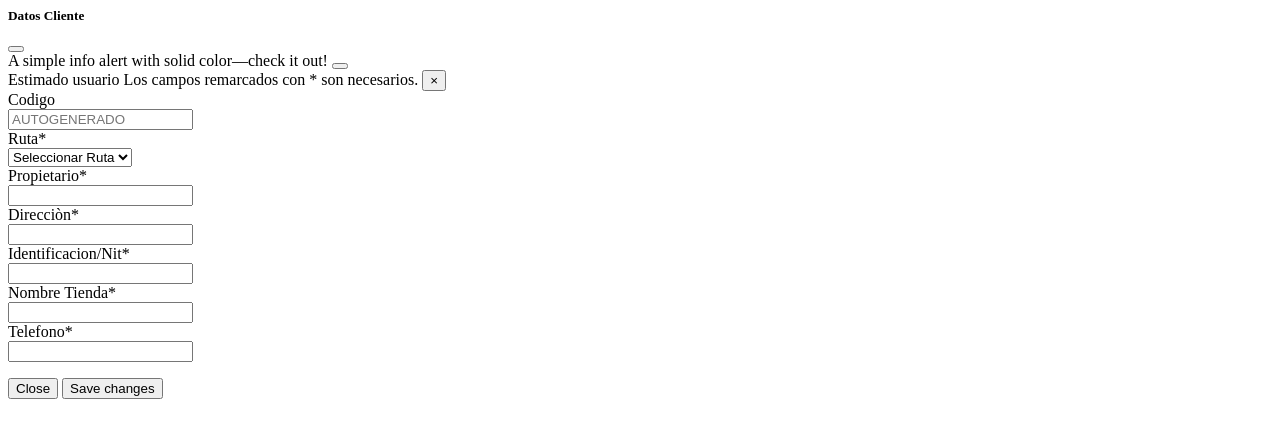
Repository: LucasVillegas/app-admin
Page: http://localhost/app-movil/resources/views/pages/includes/modal-cliente.php
An editor plug-in stored every save of this project. The page is shown before and after the next save, followed by the edit.
The browser window is 1280 px wide. The pictures show the whole page.
The page is run by PHP 8.4 with error messages shown; the project is at /var/www/html/.

Above is the page before, as saved 2022-06-13 15:03:51.

### resources/views/pages/includes/modal-cliente.php
<!-- Modal Dialog Scrollable -->
<!-- <button type="button" class="btn btn-primary" data-bs-toggle="modal" data-bs-target="#modalDialogScrollable">
    Modal Dialog Scrollable
</button> -->
<div class="modal fade" id="modalDialogScrollable" tabindex="-1">
    <div class="modal-dialog modal-dialog-scrollable">
        <div class="modal-content">
            <div class="modal-header">
                <h5 class="modal-title">Datos Cliente</h5>
                <button type="button" class="btn-close" data-bs-dismiss="modal" aria-label="Close"></button>
            </div>
            <div class="modal-body">
                <div class="col-xl-12 col-lg-12 col-md-12 col-sm-12 col-12">
                    <div class="alert alert-info bg-info border-0 alert-dismissible fade show" role="alert">
                        A simple info alert with solid color—check it out!
                        <button type="button" class="btn-close" data-bs-dismiss="alert" aria-label="Close"></button>
                    </div>
                    <div class="alert alert-info alert-styled-left text-blue-800 content-group mb-2">
                        <span class="text-semibold"><i class="fas fa-info-circle fa-2x"></i> Estimado
                            usuario</span>
                        Los campos remarcados con <span class="text-danger"> * </span> son necesarios.
                        <button type="button" class="close" data-dismiss="alert">×</button>
                    </div>
                </div>
                <!-- General Form Elements -->
                <form>
                    <div class="row mb-2">
                        <label for="inputText" class="col-sm-2 col-form-label">Codigo</label>
                        <div class="col-sm-10">
                            <input type="text" class="form-control" readonly id="codigo" name="codigo"
                                placeholder="AUTOGENERADO">
                        </div>
                    </div>
                    <div class="row mb-2">
                        <label for="inputEmail" class="col-sm-2 col-form-label">Ruta<span
                                class="badge badge-pill text-danger">*</span></label></label>
                        <div class="col-sm-10">
                            <select id="inputState" class="form-select">
                                <option selected>Seleccionar Ruta</option>
                                <option>...</option>
                            </select>
                        </div>
                    </div>
                    <div class="row mb-2">
                        <label for="inputPassword" class="col-sm-2 col-form-label">Propietario<span
                                class="badge badge-pill text-danger">*</span></label></label>
                        <div class="col-sm-10">
                            <input type="password" class="form-control">
                        </div>
                    </div>
                    <div class="row mb-2">
                        <label for="inputNumber" class="col-sm-2 col-form-label">Direcci&ograve;n<span
                                class="badge badge-pill text-danger">*</span></label></label>
                        <div class="col-sm-10">
                            <input type="number" class="form-control">
                        </div>
                    </div>
                    <div class="row mb-2">
                        <label for="inputNumber" class="col-sm-2 col-form-label">Identificacion/Nit<span
                                class="badge badge-pill text-danger">*</span></label></label>
                        <div class="col-sm-10">
                            <input type="number" class="form-control">
                        </div>
                    </div>
                    <div class="row mb-2">
                        <label for="inputNumber" class="col-sm-2 col-form-label">Nombre Tienda<span
                                class="badge badge-pill text-danger">*</span></label></label>
                        <div class="col-sm-10">
                            <input type="number" class="form-control">
                        </div>
                    </div>
                    <div class="row mb-2">
                        <label for="inputNumber" class="col-sm-2 col-form-label">Telefono<span
                                class="badge badge-pill text-danger">*</span></label></label>
                        <div class="col-sm-10">
                            <input type="number" class="form-control">
                        </div>
                    </div>
                </form>
                <!-- End General Form Elements -->
            </div>
            <div class="modal-footer">
                <button type="button" class="btn btn-secondary btn-sm" data-bs-dismiss="modal">Close</button>
                <button type="button" class="btn btn-primary btn-sm">Save changes</button>
            </div>
        </div>
    </div>
</div>
<!-- End Modal Dialog Scrollable-->

After the next save:
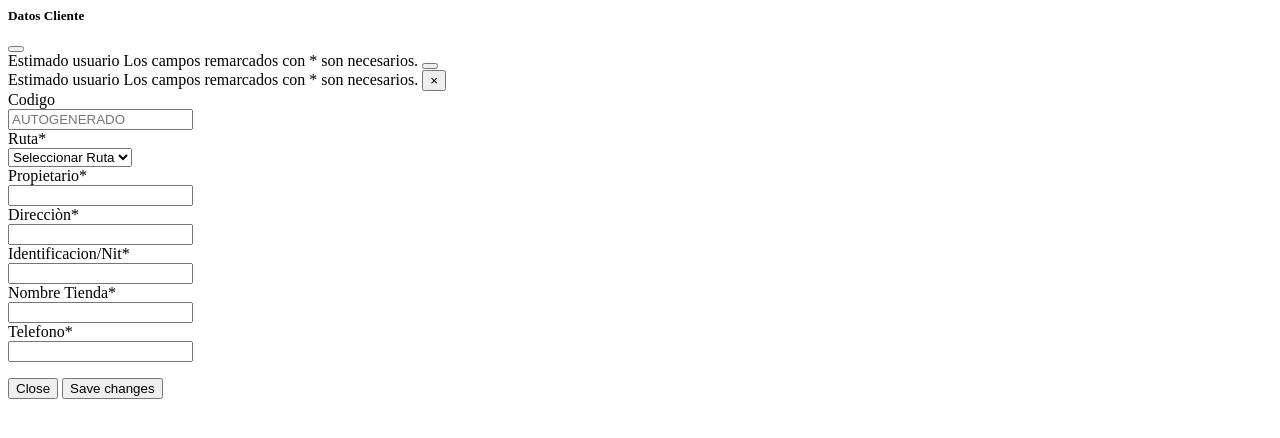
Saved 7 s later.
--- a/resources/views/pages/includes/modal-cliente.php
+++ b/resources/views/pages/includes/modal-cliente.php
@@ -12,7 +12,9 @@
             <div class="modal-body">
                 <div class="col-xl-12 col-lg-12 col-md-12 col-sm-12 col-12">
                     <div class="alert alert-info bg-info border-0 alert-dismissible fade show" role="alert">
-                        A simple info alert with solid color—check it out!
+                        Estimado
+                        usuario</span>
+                        Los campos remarcados con <span class="text-danger"> * </span> son necesarios.
                         <button type="button" class="btn-close" data-bs-dismiss="alert" aria-label="Close"></button>
                     </div>
                     <div class="alert alert-info alert-styled-left text-blue-800 content-group mb-2">
